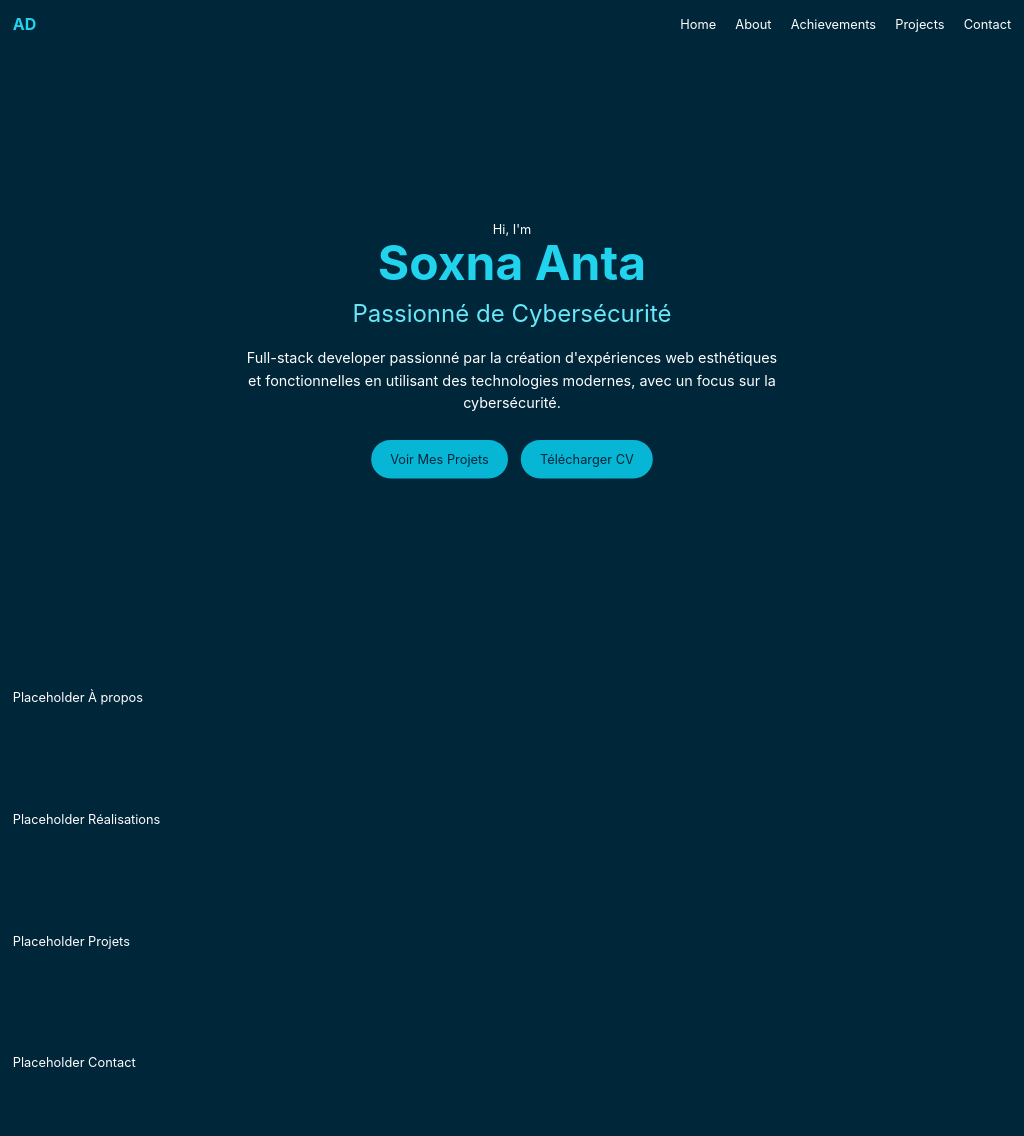
Repository: AntaaaKD/Mon-Portfolio
Page: /
The author's editor kept a copy of each file at every save. The page is drawn from the files as they stood at one save, then again after a run of saves.
The browser window is 1280 px wide. The pictures show the whole page, at 80% of full size.
The project was rebuilt for these pictures with package versions that can differ from the ones it lists, and the page was loaded fresh each time.

Above is the page before, as saved 2026-01-14 18:23:10.

### src/App.js
import React from 'react';
import Navbar from './components/Navbar';
import Home from './components/Home';  // Ajoute cet import

function App() {
  return (
    <div className="min-h-screen bg-custom-blue text-white">
      <Navbar />
      <main className="container mx-auto p-4">
        <Home />  {/* Remplace le placeholder */}
        <section id="about" className="py-16">Placeholder À propos</section>
        <section id="achievements" className="py-16">Placeholder Réalisations</section>
        <section id="projects" className="py-16">Placeholder Projets</section>
        <section id="contact" className="py-16">Placeholder Contact</section>
      </main>
    </div>
  );
}

export default App;

### src/components/Navbar.jsx
import React, { useState, useEffect } from 'react';

const Navbar = () => {
  const [scrolled, setScrolled] = useState(false);

  useEffect(() => {
    const handleScroll = () => {
      if (window.scrollY > 50) {
        setScrolled(true);
      } else {
        setScrolled(false);
      }
    };

    window.addEventListener('scroll', handleScroll);
    return () => window.removeEventListener('scroll', handleScroll);
  }, []);

  return (
    <nav
        className={`p-4 sticky top-0 z-10 transition-all duration-300 ${
            scrolled
            ? 'bg-custom-blue bg-opacity-0 backdrop-blur-md'  // Semi-transparent (30%) + blur fort
            : 'bg-custom-blue'  // Bleu solide au top
        }`}
    >
        <div className="container mx-auto flex justify-between items-center">
            <h1 className="text-xl font-bold text-cyan-400">AD</h1>
            <ul className="flex space-x-6 text-white">
            <li><a href="#home" className="hover:text-cyan-300">Home</a></li>
            <li><a href="#about" className="hover:text-cyan-300">About</a></li>
            <li><a href="#achievements" className="hover:text-cyan-300">Achievements</a></li>
            <li><a href="#projects" className="hover:text-cyan-300">Projects</a></li>
            <li><a href="#contact" className="hover:text-cyan-300">Contact</a></li>
            </ul>
        </div>
    </nav>
  );
};

export default Navbar;

### src/components/Home.jsx
import React from 'react';

const Home = () => {
  return (
    <section id="home" className="flex flex-col items-center justify-center h-screen text-center px-4">
      <h1> Hi, I'm</h1><h1 className="text-6xl font-bold text-cyan-400 mb-4">Soxna Anta</h1>
      <h2 className="text-3xl text-cyan-300 mb-6">Passionné de Cybersécurité</h2>
      <p className="text-lg mb-8 max-w-2xl">Full-stack developer passionné par la création d'expériences web esthétiques et fonctionnelles en utilisant des technologies modernes, avec un focus sur la cybersécurité.</p>
      <div className="flex space-x-4">
        <a href="#projects" className="bg-cyan-500 text-custom-blue px-6 py-3 rounded-full hover:bg-cyan-400 transition">Voir Mes Projets</a>
        <a href="/cv.pdf" download className="bg-cyan-500 text-custom-blue px-6 py-3 rounded-full hover:bg-cyan-400 transition">Télécharger CV</a>
      </div>
    </section>
  );
};

export default Home;

### tailwind.config.js
/** @type {import('tailwindcss').Config} */
module.exports = {
  content: [
    "./src/**/*.{js,jsx,ts,tsx}",
  ],
  theme: {
    extend: {
      colors: {
        'custom-blue': 'rgb(0, 38, 58)',  // Ton bleu exact ici
      },
    },
  },
  plugins: [],
};

Loaded but not shown: public/index.html (common file); src/index.js (common file); src/index.css (common file); src/reportWebVitals.js (common file)

After the next 3 saves:
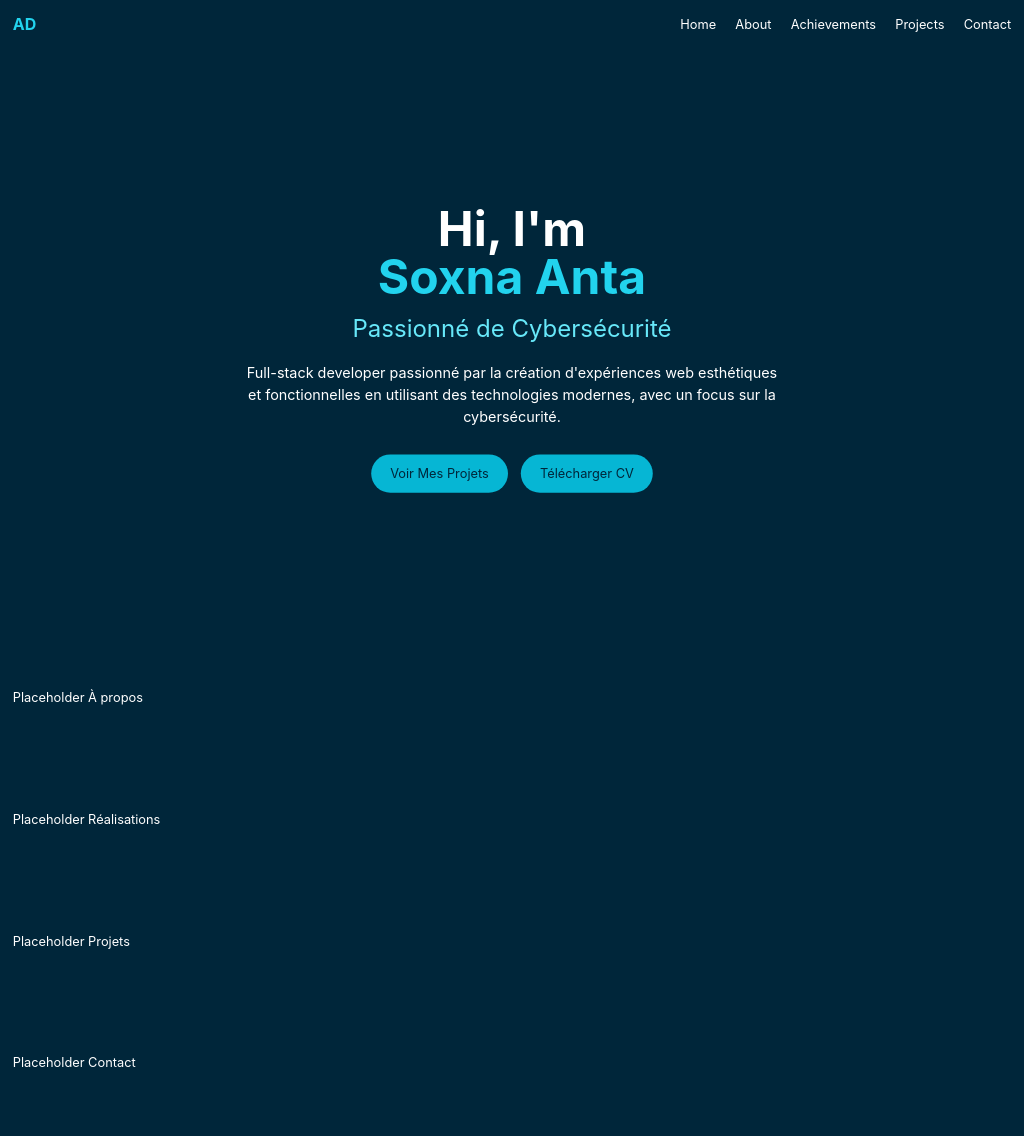
The 3 saves are shown as one change because 1 did not build or start and some came seconds apart.
The last was saved 50 s later.
--- a/src/components/Home.jsx
+++ b/src/components/Home.jsx
@@ -3,7 +3,7 @@ import React from 'react';
 const Home = () => {
   return (
     <section id="home" className="flex flex-col items-center justify-center h-screen text-center px-4">
-      <h1> Hi, I'm</h1><h1 className="text-6xl font-bold text-cyan-400 mb-4">Soxna Anta</h1>
+      <h1 className="text-6xl font-bold"> Hi, I'm</h1><h1 className="text-6xl font-bold text-cyan-400 mb-4">Soxna Anta</h1>
       <h2 className="text-3xl text-cyan-300 mb-6">Passionné de Cybersécurité</h2>
       <p className="text-lg mb-8 max-w-2xl">Full-stack developer passionné par la création d'expériences web esthétiques et fonctionnelles en utilisant des technologies modernes, avec un focus sur la cybersécurité.</p>
       <div className="flex space-x-4">
